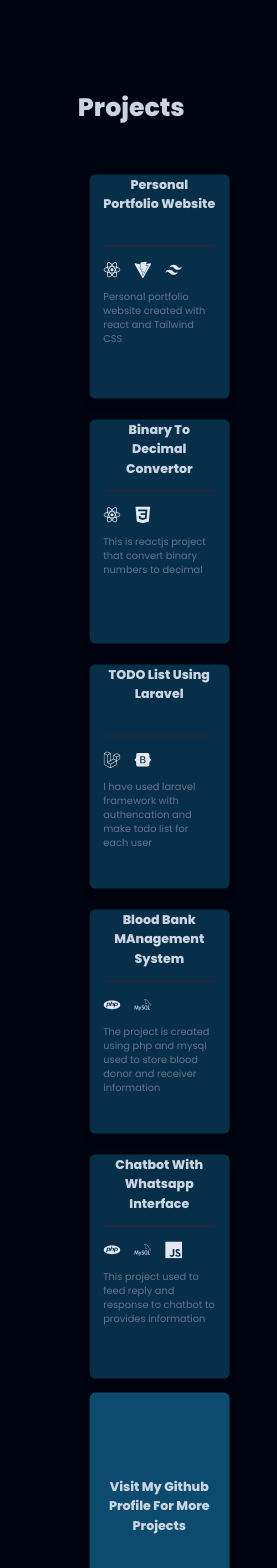
Repository: sibi24sibi/MyPersonalPortfolio
Page: /
An editor plug-in stored every save of this project. The page is shown before and after the next save, followed by the edit.
The browser window is 375 px wide. The page is 395 px wide, so the pictures cover 395 px, including what lies to the right of the window. The pictures show the part of the page from y = 1938 to 4178 px (the page is 5396 px tall), at 70% of full size.
The project was rebuilt for these pictures with package versions that can differ from the ones it lists, and the page was loaded fresh each time. Also part of the build but not shown: vite.config.js, src/components/Menu.jsx, src/components/Footer.jsx.

Above is the page before, as saved 2024-05-03 20:25:05.

### index.html
<!DOCTYPE html>
<html lang="en">

<head>
  <meta charset="UTF-8" />
  <link rel="icon" type="image/svg+xml" href="" />
  <meta name="viewport" content="width=device-width, initial-scale=1 , maximum-scale=1 ,user-scalable=no" />
  <title>
    Personal Portfolio
  </title>
</head>

<body className="darkMode">
  <div id="root" className="px-5 w-screen"></div>
  <script type="module" src="/src/main.jsx"></script>
</body>

</html>

### src/index.css
@import url('https://fonts.googleapis.com/css2?family=Poppins:wght@300;400;500;600;800&display=swap');
@tailwind base;
@tailwind components;
@tailwind utilities;

html {
    @apply overflow-x-hidden scroll-smooth
}

body {

    @apply dark:bg-[#00040f] bg-[#e2e2e2ab]
}

### src/App.jsx
import Navbar from "./components/Navbar";
import About from "./components/About";

import Education from "./components/Education";
import Projects from "./components/Projects";
import Skills from "./components/Skills";

import HashLoader from "react-spinners/HashLoader";
import CTA from "./components/CTA";
import MyEmailLayout from "./components/email";
import Footer from "./components/Footer";


import { useState, useEffect } from "react";

const override = {
  display: "flex",
  justifyContent: "center",
  alignItems: "center",
  marginTop: "5rem",
  borderColor: "red",
};

const App = () => {
  const [loading, setLoading] = useState(true);

  useEffect(() => {
    setLoading(true);
    setTimeout(() => {
      setLoading(false);
    }, 3000);
  }, []);
  return (
    <>
      {loading ? (
        <div className="flex h-screen w-screen justify-center items-center bg-[#00040f] ">
          <HashLoader
            color="#0891b2"
            loading={loading}
            cssOverride={override}
            size={90}
            aria-label="Loading Spinner"
            data-testid="loader"
          />
        </div>
      ) : (
        <div className=" flex flex-col justify-center items-center">
          <Navbar></Navbar>
          <About></About>
          <Skills></Skills>
          <Education></Education>
          <Projects></Projects>
          <CTA></CTA>
          <MyEmailLayout></MyEmailLayout>
          {/* <Footer></Footer> */}
        </div>
      )}
    </>
  );
};
export default App;

### src/components/Navbar.jsx
import { CgMenuRightAlt } from "react-icons/cg";
import { HiSun, HiMoon } from "react-icons/hi";
import { useState, useEffect } from "react";
import Menu from "./Menu";

const Navbar = () => {
  const [nav, setNav] = useState(false);

  const [theme, setTheme] = useState("light");

  useEffect(() => {
    if (theme === "dark") {
      document.documentElement.classList.remove("dark");
    } else {
      document.documentElement.classList.add("dark");
    }
  }, [theme]);

  const handleTheme = () => {
    setTheme(theme === "dark" ? "light" : "dark");
  };

  return (
    <>
      <section className="NAVBAR sticky top-0 backdrop-blur-[5px] z-10 pt-5  translate-x-[20px] min-w-full mt-5 font-['Poppins']  max-sm:p-2 max-sm:mx-1 max-sm:max-h-[48px] ">
        <div className="flex  justify-between capitalize md:ml-9 sm:ml-2">
          <div className="LOGO ">
            <a
              href="#"
              className="text-3xl bg-gradient-to-r from-blue-600 to-cyan-600 bg-clip-text text-transparent dark:text-cyan-500 max-sm:text-2xl"
            >
              {"Portfolio"}
            </a>
          </div>
          <div className="NAVLINKS min-w-full pr-9 text-[20px] translate-x-[-160px]  max-sm:hidden flex justify-end gap-12 text-[#00040f] dark:text-[#e1e1e1] ">
            <a href="#about" className=" hover:text-cyan-500">
              Home
            </a>
            <a href="#experience" className="hover:text-cyan-500">
              Experience
            </a>
            {/* <a href="#education" className="hover:text-cyan-500 ">
              Education
            </a> */}
            <a href="#projects" className="hover:text-cyan-500 ">
              Projects
            </a>
            <a href="#contact" className="hover:text-cyan-500 ">
              Contact
            </a>

            <button onClick={handleTheme}>
              {theme === "dark" ? (
                <HiMoon className="-translate-y-1 text-2xl" />
              ) : (
                <HiSun className="-translate-y-1 text-2xl" />
              )}
            </button>

            </div>
            </div>
          <button onClick={() => setNav(!nav)}>
            <CgMenuRightAlt className="hidden max-sm:block mr-5   absolute top-2  right-10 md:transform-none text-[#00040f] dark:text-[#e1e1e1] text-[32px]" />
          </button>


        {nav && <Menu />}

      </section>



    </>
  );
};
export default Navbar;

### src/components/About.jsx
import Lottie from "lottie-react";
import computer from "../assets/lottie/computer.json";

const About = () => {
  return (
    <>
      <section
        id="about"
        className="p-5 mx-2 mb-10 font-medium font-['Poppins'] max-w-6xl max-sm:p-2 max-sm:mx-5"
      >
        <div className="WRAPPER mt-12 flex justify-between max-sm:flex-col gap-35">
        <div className="INTRO text-[70px] leading-[80px] font-semibold max-sm:text-[40px] max-sm:leading-[70px] max-sm:font-semibold">
            <h3 className="text-[#00040f] dark:text-white">
              Hi, there! <br />I am
            </h3>
            <span className="bg-clip-text text-transparent bg-gradient-to-r  from-blue-600 to-cyan-600 dark:from-cyan-500 dark:to-slate-200">
             Sibi Chakraborthy.

            </span>

            <p className="ABOUT h-[100px] text-xl max-sm:text-[15px] bg-clip-text text-transparent  bg-gradient-to-r  from-[#00040f] to-slate-500 dark:from-slate-500 dark:to-slate-200 max-w-[470px] mt-5 pl-1">
            Design is not just what it looks like and feels like. Design is how it works.
            </p>
          </div>
        <div className="div">
          <Lottie
            animationData={computer}
            loop={true}
            className="max-w-[650px] "
          />
          </div>
        </div>
      </section>
    </>
  );
};
export default About;

### src/components/Education.jsx
import Lottie from "lottie-react";
import education from "../assets/lottie/education.json";
import SAEC from "../assets/SAEC.png";
import AOS from "aos";

import { useEffect } from "react";

const Education = () => {
  useEffect(() => {
    AOS.init();
  }, []);
  return (
    <section
      id="education"
      className="EXPERIENCE max-w-6xl p-5 mx-20 mb-25 font-['Poppins']  max-sm:p-2 max-sm:mx-5"
    >
      <div className="WRAPPER mt-10">
        <h1 className="text-[#00040f] dark:text-slate-300 text-center font-extrabold text-5xl mb-5 max-sm:text-4xl   ">
          Education
        </h1>

        <div
          className="EDUCATION flex gap-7 justify-between flex-row-reverse max-sm:flex-col"
          data-aos="fade-right"
        >
          <div className="max-w-[520px] mt-[52px] p-7 max-sm:p-3">
            <div className="flex gap-5">
              <img
                src={SAEC}
                alt="SAEC"
                className="w-[150px] h-[100px]"
              />
              <h1 className="bg-clip-text text-transparent bg-gradient-to-r max-sm:text-[17px] from-amber-500 via-orange-600 to-yellow-500 dark:from-[#ff6600] dark:to-slate-100 font-semibold text-2xl w-[300px] h-[100px] tracking-wider ">
                Syed Ammal engineering college
              </h1>
            </div>

            <div className="mt-7 flex flex-col gap-5 text-left pl-4">
              <h3 className="capitalize  text-slate-800 dark:text-slate-300 text-xl max-sm:text-lg">
                Bachelor of technology
              </h3>
              <p className="italic capitalize text-gray-500 dark:text-slate-500 text-xl max-sm:text-lg leading-9">
                November 2020 - May 2024
              </p>

              <p className="capitalize text-gray-500 dark:text-slate-500 text-xl max-sm:text-lg leading-9">
                Computer Science and Engineering
              </p>
            </div>
          </div>
          <Lottie
            animationData={education}
            loop={true}
            className="max-w-[500px]"
          />
        </div>
      </div>
    </section>
  );
};
export default Education;

### src/components/Projects.jsx
import Project_prop from "./Project_prop";
import {
  GPT4,
  Portfolio,
  Rocket,
  WellBeing,
  Game,
} from "../constants/Constant";
import Tooltip from "@mui/material/Tooltip";
import IconButton from "@mui/material/IconButton";
import AOS from "aos";
import "aos/dist/aos.css";
import { useEffect } from "react";
import {
  SiReact,
  SiTailwindcss,
  SiVite,
  SiHtml5,
  SiCss3,
  SiJavascript,
  SiLaravel,
  SiBootstrap,
  SiPhp,
  SiWordpress,
  SiMysql,
} from "react-icons/si";

const Projects = () => {
  useEffect(() => {
    AOS.init();
  }, []);
  return (

<>

<section
      id="projects"
      className="EXPERIENCE p-5 mx-5 min-h-screen font-['Poppins']   max-sm:p-2 max-sm:mx-5"
    >
<h1 className="text-[#00040f] dark:text-slate-300 text-center font-extrabold text-5xl mb-24  max-sm:text-4xl  ">
          Projects
</h1>
<div className="container flex justify-center flex-col md:flex-row">


<Project_prop
            title="Personal Portfolio Website"
            para="Personal portfolio website created with react and Tailwind CSS"
            img={Portfolio}
            link=""
            github_link=""
            react={
              <Tooltip title="React" arrow>
                <IconButton>
                  <SiReact className="dark:text-slate-200 text-black" />
                </IconButton>
              </Tooltip>
            }
            tailwindcss={
              <Tooltip title="TailWind CSS" arrow>
                <IconButton>
                  <SiTailwindcss className=" dark:text-slate-200 text-black" />
                </IconButton>
              </Tooltip>
            }
            vite={
              <Tooltip title="Vite" arrow>
                <IconButton>
                  <SiVite className=" dark:text-slate-200 text-black" />
                </IconButton>
              </Tooltip>
            }


  />
<Project_prop
            title="Binary to decimal convertor"
            para="This is reactjs project that convert binary numbers to decimal"
            img={Portfolio}
            link=""
            github_link=""
            react={
              <Tooltip title="React" arrow>
                <IconButton>
                  <SiReact className="dark:text-slate-200 text-black" />
                </IconButton>
              </Tooltip>
            }
            css3={
              <Tooltip title="React" arrow>
                <IconButton>
                  <SiCss3 className="dark:text-slate-200 text-black" />
                </IconButton>
              </Tooltip>
            }
  />


<Project_prop
            title="TODO List using Laravel"
            para="I have used laravel framework with authencation and make todo list for each user"
            img={Portfolio}
            link=""
            github_link=""
            laravel={
              <Tooltip title="Laravel" arrow>
                <IconButton>
                  <SiLaravel className=" dark:text-slate-200 text-black" />
                </IconButton>
              </Tooltip>
            }
            bootstrap={
              <Tooltip title="Bootstrap" arrow>
                <IconButton>
                  <SiBootstrap className=" dark:text-slate-200 text-black" />
                </IconButton>
              </Tooltip>
            }

  />
  <Project_prop
            title="Blood Bank MAnagement System"
            para="The project is created using php and mysql used to store blood donor and receiver information"
            img={Portfolio}
            link=""
            github_link=""
            php={
              <Tooltip title="PHP" arrow>
                <IconButton>
                  <SiPhp className=" dark:text-slate-200 text-black" />
                </IconButton>
              </Tooltip>
            }
            mysql={
              <Tooltip title="Mysql" arrow>
                <IconButton>
                  <SiMysql className=" dark:text-slate-200 text-black" />
                </IconButton>
              </Tooltip>
            }

  />
  <Project_prop
            title="Chatbot with Whatsapp interface"
            para="This project used to feed reply and response to chatbot to provides information"
            img={Portfolio}
            link=""
            github_link=""
            php={
              <Tooltip title="PHP" arrow>
                <IconButton>
                  <SiPhp className=" dark:text-slate-200 text-black" />
                </IconButton>
              </Tooltip>
            }
            mysql={
              <Tooltip title="Mysql" arrow>
                <IconButton>
                  <SiMysql className=" dark:text-slate-200 text-black" />
                </IconButton>
              </Tooltip>
            }
            javascript={
              <Tooltip title="JavaScript" arrow>
                <IconButton>
                  <SiJavascript className=" dark:text-slate-200 text-black" />
                </IconButton>
              </Tooltip>
            }
  />
  <div className="card flex bg-blue-200 dark:bg-sky-900 rounded-lg shadow-lg items-center justify-center ">
        <h3
        className=" title capitalize font-bold h-20 text-slate-800 dark:text-slate-300 text-xl max-sm:text-lg m-5 text-center "
        >
          Visit my Github Profile for more projects
        </h3>

  </div>

  </div>
</section>

</>



  );
};
export default Projects;

### src/components/Skills.jsx
import {
  HTML,
  CSS,
  Github,
  Git,
  Vite,
  TailwindCSS,
  react,
  Python,
  Javascript,
  CPP,
  C,
  Vue,
  nodejs
} from "../constants/Constant";

import AOS from "aos";
import "aos/dist/aos.css";
import { useEffect } from "react";
import Image from "./Img_prop";

const Skills = () => {
  useEffect(() => {
    AOS.init();
  }, []);
  return (
    <>
      <section className="EXPERIENCE p-5  mb-10 max-w-6xl  font-['Poppins']  max-sm:p-2 max-sm:mx-5">
        <div>
        <h1 className="text-[#00040f] dark:text-slate-300 font-extrabold text-5xl text-center max-sm:text-4xl ">
          SKILLS
        </h1>
        </div>
        <div
          className=" grid place-content-start  grid-cols-3 gap-4 max-sm:p-2 mt-10"
          data-aos="zoom-out-up"
        >
          <Image img={HTML}></Image>
          <Image img={CSS}></Image>
          <Image img={Javascript}></Image>
          <Image img={react}></Image>
          <Image img={TailwindCSS}></Image>
          {/* <Image img={Vue}></Image>
          <Image img={CPP}></Image>
          <Image img={C}></Image> */}
          <Image img={Python}></Image>
          {/* <Image img={Vite}></Image> */}
          <Image img={Git}></Image>
          <Image img={Github}></Image>
          <Image img={nodejs}></Image>
        </div>
      </section>
    </>
  );
};
export default Skills;

### src/components/CTA.jsx
function CTA() {
  const resumeLink = "/Sibi-Chakraborthy-V.pdf";
  return (
    <div id="resume" className="pt-36 max-w-6xl resume relative w-full flex justify-center ">

      <div className="pt-14 mx-20 pb-40">
        <h2 className="text-4xl md:text-5xl max-sm:text-[35px] max-sm:leading-[60px] font-bold mb-10 text-[#00040f] dark:text-white text-center">
          Need to know about me more
        </h2>
        <div className="flex justify-center ">
        <a
          href={resumeLink}
          className="cursor-pointer font-bold whitespace-nowrap
        mt-6 px-8 py-3 dark:text-[#e1e1e1] border-2 rounded-full border-[#808080]  bg-bg hover:bg-fun-pink hover:border-fun-pink transition-colors inline-flex items-center"
        >
          <svg class="fill-current w-4 h-4 mr-2" xmlns="http://www.w3.org/2000/svg" viewBox="0 0 20 20"><path d="M13 8V2H7v6H2l8 8 8-8h-5zM0 18h20v2H0v-2z"/></svg>
          <span>Resume</span>

        </a>

        </div>
      </div>


    </div>
  );
}

export default CTA;

### src/components/email.jsx
import React, { useRef, useEffect } from "react";
import emailjs from '@emailjs/browser';



const MyEmailLayout = () => {
  const form = useRef();

  useEffect(() => {
    // Initialize emailjs
    emailjs.init('-fw29uVaf1UZJqOVT');
  }, []);

  const sendEmail = (e) => {
    e.preventDefault();

    emailjs

      .sendForm('service_hgvjibu', 'template_f9rmzk9', form.current)
      .then(
        () => {
          alert('Email sent successfully!');
        },
        (error) => {
          alert('Failed to send email. Please try again later.');
          console.error('Email Error:', error);
        }
      );
  };

  return (
    <div   className="mb-20 max-w-6xl" id="contact">

      <div className=" mx-10 max-sm:mx-5 ">
      <div className="div">
      <h1 className="text-2xl dark:text-[#e1e1e1] font-bold mb-4 ">SEND ME A EMAIL</h1>
      </div>
      <form ref={form} onSubmit={sendEmail}>
        <div className="grid  grid-cols-2 gap-4 flex justify-center">
          <div>
            <label htmlFor="name" className="dark:text-[#e1e1e1]">Name</label>
            <input
              type="text"
              id="name"
              name="user_name"
              className="px-3 py-2 placeholder-gray-400 text-gray-600 relative dark:bg-slate-300 bg-stone-300 rounded text-sm border-0 shadow outline-none focus:outline-none focus:ring  w-full"
            />
          </div>
          <div>
            <label htmlFor="email" className="dark:text-[#e1e1e1]">Email</label>
            <input
              type="email"
              id="email"
              name="user_email"
              className="px-3 py-2 placeholder-gray-400 text-gray-600 relative dark:bg-slate-300 bg-stone-300 rounded text-sm border-0 shadow outline-none focus:outline-none focus:ring w-full"
            />
          </div>
        </div>
        <label htmlFor="message" className="dark:text-[#e1e1e1]">Message</label>
        <textarea
          placeholder=""
          name="message"
          className="px-3 py-2 placeholder-gray-400 text-gray-600 relative dark:bg-slate-300 bg-stone-300 rounded text-sm border-0 shadow outline-none focus:outline-none focus:ring h-40 w-full "
        ></textarea>
        <button
          type="submit"
          className="bg-blue-500 rounded-full text-white px-4 py-2 mt-4 float-right"
          value="Send"
        >
          Send Email
        </button>
      </form>
      </div>
    </div>
  );
};

export default MyEmailLayout;

### src/components/Project_prop.jsx
/* eslint-disable react/prop-types */

import "./proj_style.css";


const Project_prop = (props) => {
  return (
    <>


    <div className="proj-area ">
      <div className="card bg-blue-100 dark:bg-sky-950 rounded-lg shadow-lg aspect-w-16 aspect-h-9 ">
        <h3
        className="title capitalize font-bold h-20 text-slate-800 dark:text-slate-300 text-xl max-sm:text-lg m-5 text-center"
        >
          {props.title}
        </h3>
            <div className="bar h-1 min-w-40 dark:bg-gray-800  bg-slate-600  mx-5"></div>
        <div className="flex gap-1 ml-3 mt-3 ">
                {props.react}
                {props.vite}
                {props.html5}
                {props.css3}
                {props.php}
                {props.mysql}
                {props.javascript}
                {props.tailwindcss}
                {props.laravel}
                {props.bootstrap}
                {props.wordpress}

        </div>
        <p className="dark:text-slate-500 mt-2 text-sm px-5  select-none">
          {props.para}
        </p>
      </div>
    </div>



    </>
  );
};
export default Project_prop;

### src/constants/Constant.jsx
import C from "../assets/C.png";
import CPP from "../assets/CPP.png";
import HTML from "../assets/HTML.png";
import Github from "../assets/Github.png";
import CSS from "../assets/CSS.png";
import Python from "../assets/Python.png";
import Javascript from "../assets/Javascript.png";
import Git from "../assets/Git.png";
import Vite from "../assets/Vite.png";
import TailwindCSS from "../assets/TailwindCSS.png";
import react from "../assets/react.png";
import Vue from "../assets/vue.png";
import nodejs from "../assets/nodejs.png";

import Hackthechain from "../assets/HackTheChainLogo.png";
import GSSOC from "../assets/GSSoc.jpg";
import IITB from "../assets/IITB.png";
import Sports from "../assets/Sports_Club.png";
import IIITians from "../assets/IIITians_Network.png";
import GDSC from "../assets/GDSC.png";
import KDE from "../assets/kde.png";
import Oppia from "../assets/oppia.png";

import GPT4 from "../assets/gpt4.jpg";
import Portfolio from "../assets/portfolio.jpg";
import Rocket from "../assets/Rocket.jpg";
import Game from "../assets/Stone.jpg";
import WellBeing from "../assets/well-being.jpg";

export {
  C,
  CPP,
  HTML,
  CSS,
  Github,
  Git,
  Vite,
  TailwindCSS,
  react ,
  Python,
  Javascript,
  Vue,
  Hackthechain,
  GSSOC,
  IITB,
  Sports,
  IIITians,
  GPT4,
  Portfolio,
  Rocket,
  WellBeing,
  Game,
  GDSC,
  KDE,
  nodejs,
  Oppia,
};

### src/components/Img_prop.jsx
const Img_prop = ({ img }) => {
  return (
    <>
      <div className="mr-60 w-[100px] max-sm:w-[75px] h-[100px] max-sm:h-[75px] shadow-xl shadow-slate-300 dark:shadow-lg dark:shadow-blue-500/50 bg-gradient-to-bl from-[#ccc] to-[#eee] dark:from-[#051937] dark:to-[#222] rounded-full place-content-center grid translate-x-[100px] max-sm:translate-x-1">
        <img src={img} alt="html" className="max-sm:h-[45px] h-[55px] " />
      </div>
    </>
  );
};
export default Img_prop;

### src/components/proj_style.css



  .card {
    position: relative;
    left: 0px;
    width: 200px;
    height: fit-content;
    min-height: 320px;
    padding-bottom: 10px;
  }

  .card:not(:first-child) {
      margin-left: -50px;
  }

  .card:hover {
    transform: translateY(-20px);
    transition: 0.4s ease-out;
  }

  .card:hover ~ .card {
    position: relative;
    left: 50px;
    transition: 0.4s ease-out;
  }

@media only screen and (max-width: 600px) {

  .card {
    position:relative;
    left:40px;
    padding-bottom:unset;
    top: -40px;
    margin:10px;
    padding-bottom:unset;
  }
  .card:hover {
    transform:unset ;
    transition:unset;
    margin-left:unset;
  }
  .card:not(:first-child) {
    margin-left:auto;
  }
  .card:hover ~ .card {
    position:unset;
    left:unset;
    transition:unset;
  }
}

Loaded but not shown: src/main.jsx (common file); src/assets/lottie/computer.json (common file); src/assets/lottie/Education.json (common file); tailwind.config.js (common file)

After the next save:
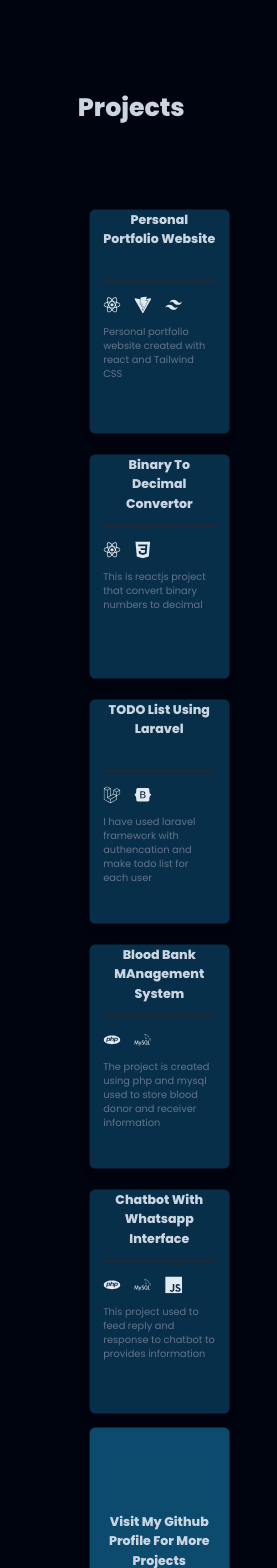
Saved 7 s later.
--- a/src/components/proj_style.css
+++ b/src/components/proj_style.css
@@ -31,7 +31,7 @@
     position:relative;
     left:40px;
     padding-bottom:unset;
-    top: -40px;
+    top: 10px;
     margin:10px;
     padding-bottom:unset;
   }
